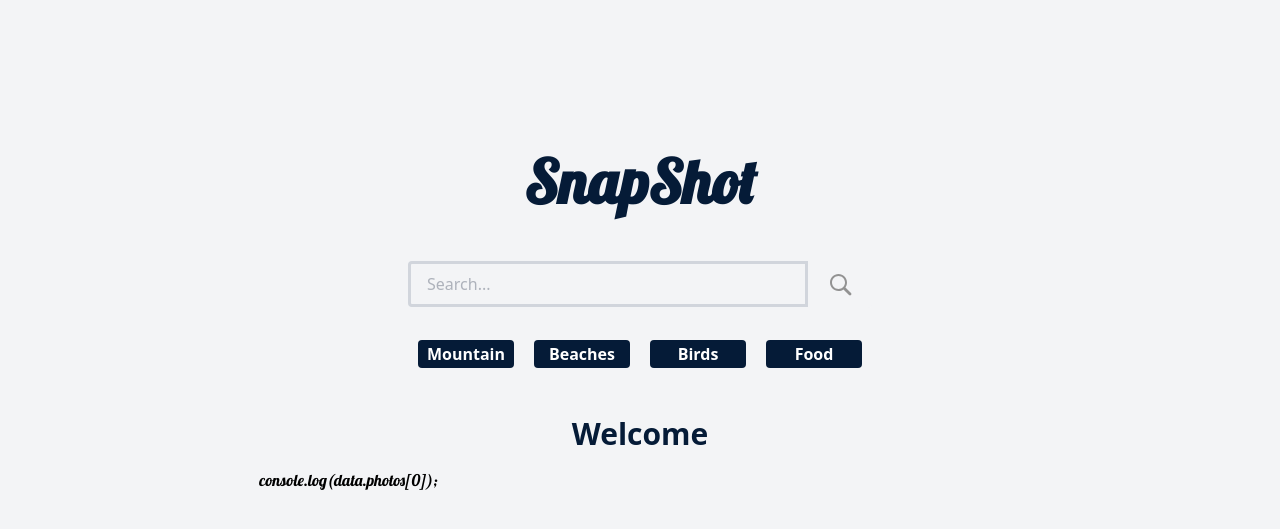
Repository: Alzate1075/P2-GaleriaFotos
Page: /
An editor plug-in stored every save of this project. The page is shown before and after the next save, followed by the edit.
The browser window is 1280 px wide. The pictures show the whole page.
The page's requests for data from a server got no answer. The project was rebuilt for these pictures with package versions that can differ from the ones it lists, and the page was loaded fresh each time. No one was signed in, and anything a server would have sent is missing. Also part of the build but not shown: vite.config.js.

Above is the page before, as saved 2025-07-04 14:11:01.

After the next save:
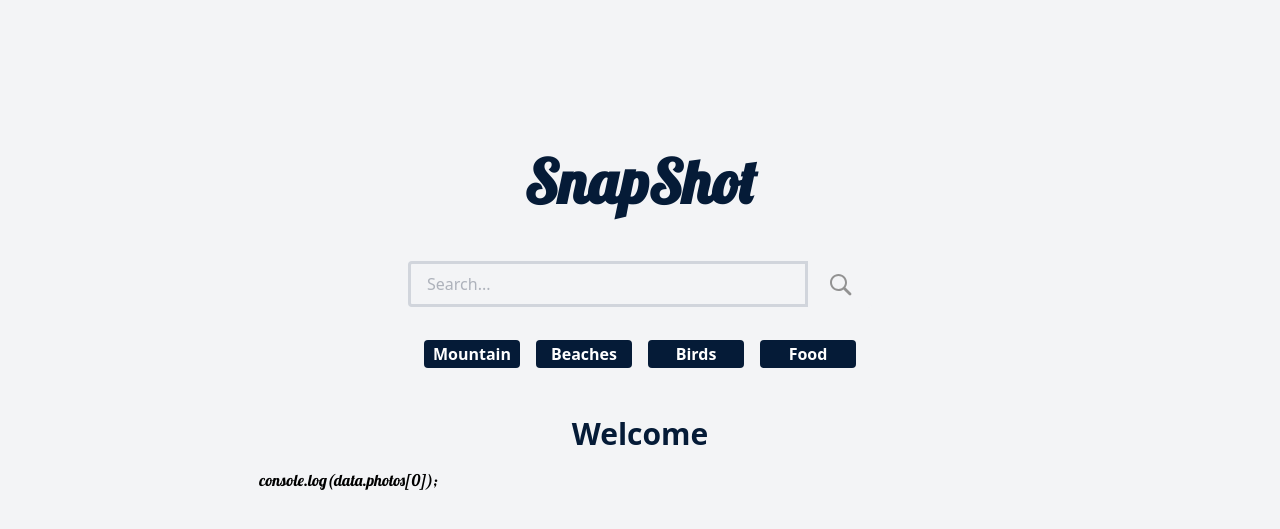
Saved 19 s later.
--- a/src/components/Categorias.jsx
+++ b/src/components/Categorias.jsx
@@ -2,7 +2,7 @@
 
 export default function Categorias({ setTitulo }) {
   return (
-    <div className="md:flex grid grid-cols-1 md:items-center md:justify-center gap-5 mt-8">
+    <div className="md:flex grid grid-cols-1 md:items-center md:justify-center gap-4 mt-8">
       <button
         onClick={() => setTitulo("Mountain Pictures")}
         className="cursor-pointer md:w-24 md:h-7 flex items-center justify-center font-sans font-semibold bg-[#051b37] text-white rounded "

After the save that followed:
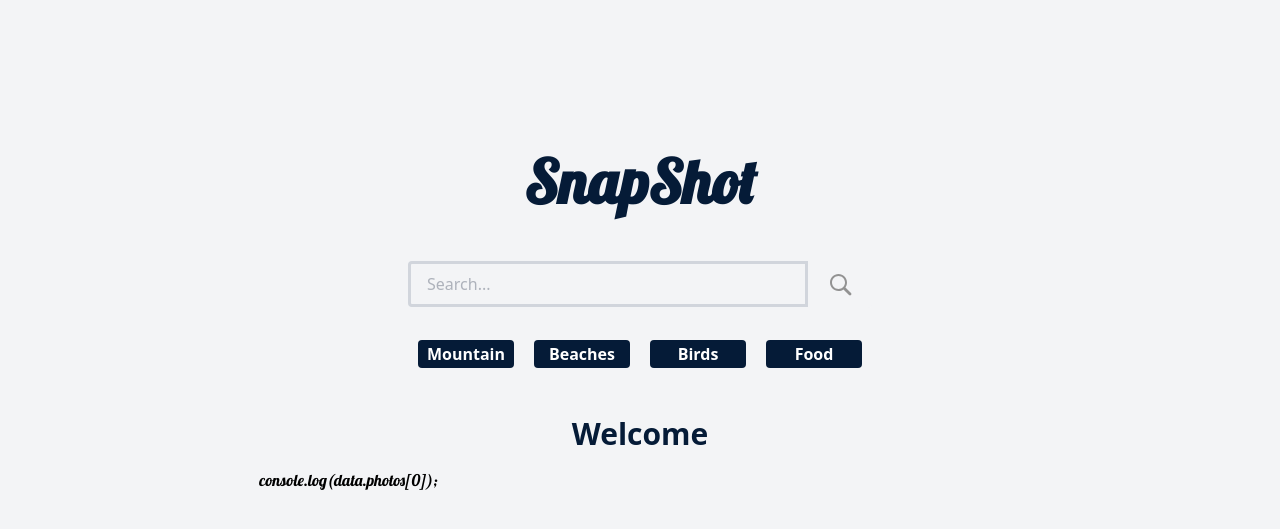
Saved 19 s later.
--- a/src/components/Categorias.jsx
+++ b/src/components/Categorias.jsx
@@ -2,7 +2,7 @@
 
 export default function Categorias({ setTitulo }) {
   return (
-    <div className="md:flex grid grid-cols-1 md:items-center md:justify-center gap-4 mt-8">
+    <div className="md:flex grid grid-cols-1 md:items-center md:justify-center gat-3 md:gap-5 mt-8">
       <button
         onClick={() => setTitulo("Mountain Pictures")}
         className="cursor-pointer md:w-24 md:h-7 flex items-center justify-center font-sans font-semibold bg-[#051b37] text-white rounded "
